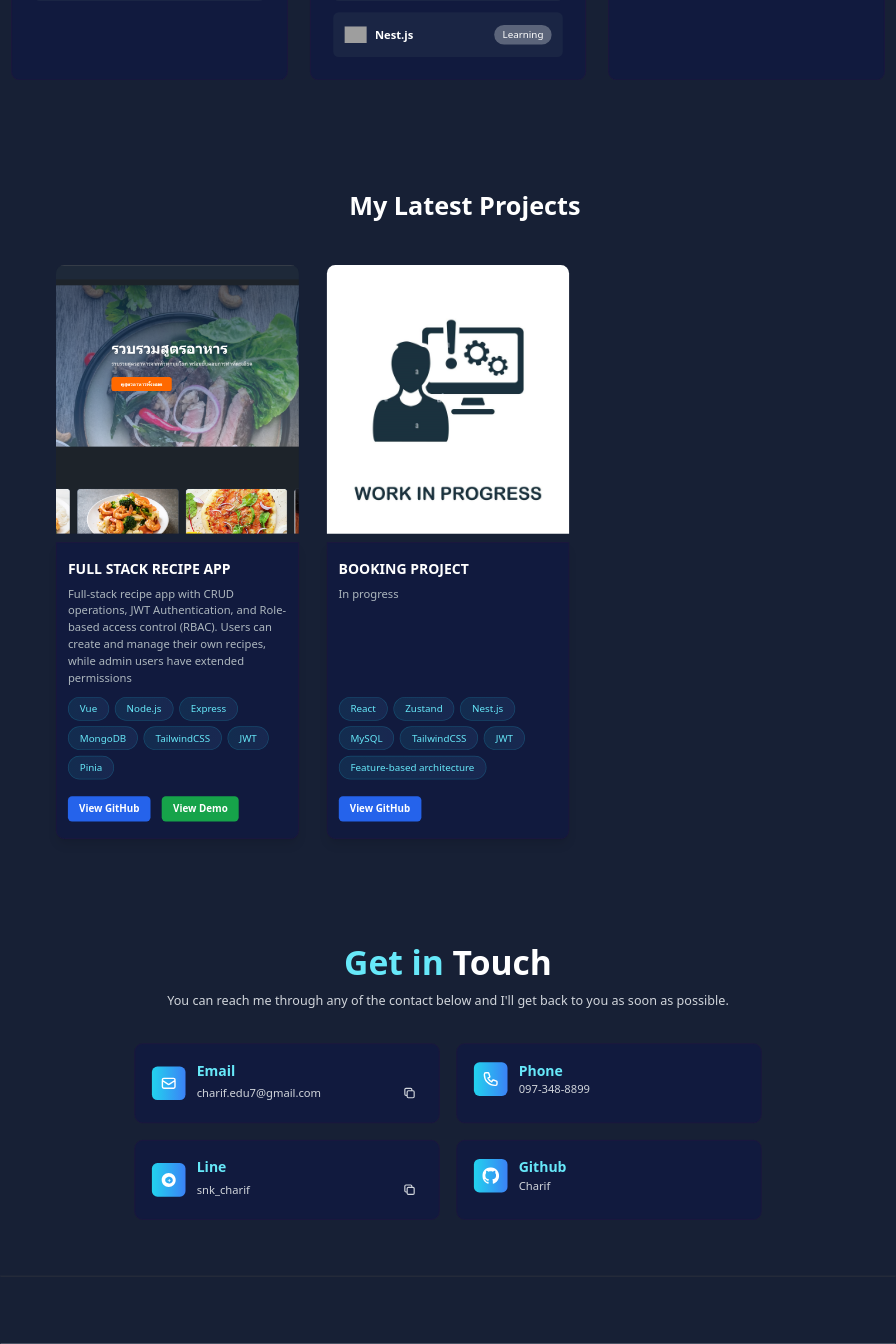
Repository: Charifx7/MyPortfolio
Page: /
The author's editor kept a copy of each file at every save. The page is drawn from the files as they stood at one save, then again after a run of saves.
The browser window is 1280 px wide. The pictures show the part of the page from y = 1592 to 3512 px (the page is 3512 px tall), at 70% of full size.
Pictures or frames that could not be fetched are drawn as grey boxes. The project was rebuilt for these pictures with package versions that can differ from the ones it lists, and the page was loaded fresh each time. Also part of the build but not shown: vite.config.js.

Above is the page before, as saved 2026-02-14 10:53:02.

### src/App.vue
<template>
  <div class="bg-[#172035] min-h-screen w-full">
    <!-- Wrap components in Suspense to handle loading -->
     <Suspense>
      <template #default>
        <!-- Wrap all Components inside a single root element -->
         <div class="bg-[#172035]">
            <NavBar />
            <HeroSection />
            <AboutSection />
            <ExperienceAndSkills />
            <LatestProjSection />
            <ContactSection />
            <Footer/>
            <BackToTop />
      </div>
    </template>
    <template #fallback>
      <div class="flex justify-center items-center min-h-screen bg-[#172035]">
          <loadingSpinner />
      </div>
    </template>
  </Suspense>
  </div>
</template>

<script setup>
 import { defineAsyncComponent } from 'vue';
//Import Components Asynchronously
const NavBar = defineAsyncComponent(()=>import('@/components/NavBar.vue'));
const HeroSection = defineAsyncComponent(()=>import('@/components/HeroSection.vue'));
const ServicesSection = defineAsyncComponent(()=>import('@/components/ServicesSection.vue'));
const AboutSection = defineAsyncComponent(()=>import('@/components/AboutSection.vue'));
const TestimonialsSection = defineAsyncComponent(()=>import('@/components/TestimonialsSection.vue'));
const LatestProjSection = defineAsyncComponent(()=>import('@/components/LatestProjSection.vue'));
const ExperienceAndSkills = defineAsyncComponent(()=>import('@/components/ExperienceAndSkills.vue'));
const ContactSection = defineAsyncComponent(()=>import('@/components/ContactSection.vue'));
const Footer = defineAsyncComponent(()=>import('@/components/Footer.vue'));
const BackToTop = defineAsyncComponent(()=>import('@/components/BackToTop.vue'));
import loadingSpinner from './components/loadingSpinner.vue';
</script>
<style>

*{
  scrollbar-width: thin;
  scrollbar-color: #111827 #f1f1f1;
}

/* Add these styles to ensure background color consistency */
html, body {
  background-color: #172035;
  min-height: 100%;
}
</style>

### src/components/loadingSpinner.vue
<template>
    <div class="flex justify-center items-center h-full">
        <svg class="animate-spin h-16 w-16 text-white" xmlns="http://www.w3.org/2000/svg" viewBox="0 0 24 24">
            <defs>
                <linearGradient id="gradient1" x1="0%" y1="0%" x2="100%" y2="100%">
                    <stop offset="0%" stop-color="#00aeff" />
                    <stop offset="100%" stop-color="#dbebfa" />
                </linearGradient>
            </defs>
            <circle class="opacity-25" cx="12" cy="12" r="10" stroke="url(#gradient1)" stroke-width="4" fill="none">
            </circle>
            <path fill="#00aeff" d="M4 12a8 8 0 018-8V0C5.373 0 0 5.373 0 12h4z"></path>
        </svg>
    </div>
</template>

### src/components/NavBar.vue
<template>
    <header class="flex justify-between items-center p-6 bg-opacity-50 relative z-20 ">
        <div class="text-white text-xl font-bold"></div>
        <!-- Mobile Toggle Button -->
        <div class="md:hidden z-30">
            <button type="button" class="block focus:outline-none" @click="isMenuOpen = !isMenuOpen">
                <span v-if="isMenuOpen" class="text-5xl">
                    <img src="https://img.icons8.com/ios-filled/100/ffffff/delete-sign.png" alt="close" width="50"
                        height="50">
                </span>
                <span v-else class="text-5xl">
                    <img src="https://img.icons8.com/ios-filled/100/ffffff/menu--v6.png" alt="menu" width="50"
                        height="50">
                </span>
            </button>
        </div>
        <!-- Navbar Link -->
        <nav :class="['fixed inset-0 z-20 flex flex-col items-center justify-center bg-[#111827] md:relative md:bg-transparent md:flex md:justify-between md:flex-row',
            isMenuOpen ? 'block' : 'hidden'
        ]">
            <ul class="flex flex-col items-center space-y-5 md:flex-row md:space-x-5 md:space-y-0">
                <li v-for="item in Menu" :key="item.name">
                    <a :href="item.href"
                        class="block text-white transition hover:text-cyan-300 ease-linear text-2xl md:text-lg"
                        @click="scrollToSection(item.href)">
                        {{ item.name }}
                    </a>
                </li>
            </ul>
        </nav>
    </header>
</template>
<script setup>
import { ref } from 'vue';
const Menu = ref([
    { name: 'About Me', href: '#about' },
    { name: 'Skills', href: '#skills' },
    { name: 'Projects', href: '#projects' },
    { name: 'Contact', href: '#contact' },
]);

const isMenuOpen = ref(false)
const scrollToSection = (href) => {
    isMenuOpen.value = false;
    const section = document.querySelector(href);
    if (section) {
        section.scrollIntoView({ behavior: 'smooth' });
    }

}

</script>

### src/components/HeroSection.vue
<template>
    <section class="relative w-full" data-aos="zoom-in-up">
        <div class="w-full px-5 sm:px-8 md:px-12 lg:px-8 max-w-screen-lg lg:max-w-screen-xl mx-auto relative">
            <div class="grid lg:grid-cols-2 gap-10 xl:gap-14 relative pt-24 lg:max-w-none max-w-2xl md:max-w-3xl mx-auto">
                <div class="lg:py-6">
                    <div class="text-center lg:text-left">
                        <h1 class="pt-4 text-white font-bold text-4xl md:text-5xl lg:text-6xl">
                            Hi, I'm <span
                                class="text-transparent bg-gradient-to-r sm:bg-gradient-to-b md:bg-gradient-to-l lg:bg-gradient-to-r bg-clip-text from-cyan-400 to-blue-600">
                                Charif
                            </span>
                        </h1>
                    </div>
                    <p
                        class="text-gray-300 pt-8 text-center lg:text-left mx-auto max-w-xl text-4xl text-transparent bg-gradient-to-r sm:bg-gradient-to-b md:bg-gradient-to-l lg:bg-gradient-to-r from-cyan-400 to-blue-600 bg-clip-text">
                        Web Developer
                    </p>
                    <div class="flex items-center gap-3 pt-9 flex-col sm:flex-row sm:w-max sm:mx-auto lg:mx-0">
                        <a href="https://drive.google.com/file/d/1FlvfmhR0NsK0Ti8Xo9rk8j5-feIFt_Xn/view?usp=sharing" target="_blank" class="w-full sm:w-max">
                            <button class="border ry px-6 md:px-7 py-3 rounded-full relative group w-full flex justify-center
            bg-gradient-to-r from-cyan-600 to-blue-600 transition-transform duration-500 hover:scale-105"
                                style="background-color: #4DD0E1; border-color: #004d73;">
                                <span class="text-lg font-bold text-white">Resume</span>
                            </button>
                        </a>
                    </div>
                </div>
                <div class="flex items-center justify-center lg:h-full md:h-auto">
                    <div
                        class="relative flex items-center justify-center w-72 h-72 sm:w-96 sm:h-96 rounded-full shadow-lg border">
                        <img src="@/assets/top_picture.jpg" alt="Hero pic" width="500" height="auto" loading="lazy"
                            class="w-full h-full rounded-full object-cover fade-in-zoom" />
                        <div
                            class="absolute inset-0 bg-gradient-to-tr opacity-25 from-[#007fdb] to-[#832561] blur-2xl z-[-1]">
                        </div>
                    </div>
                </div>
            </div>
        </div>
    </section>
</template>
<script setup>
import { ref } from 'vue';
const Menu = ref([
    { name: 'About Me', href: '#about' },
    { name: 'Skills', href: '#skills' },
    { name: 'Projects', href: '#projects' },
    { name: 'Contact', href: '#contact' },
]);

import AOS from 'aos';
import 'aos/dist/aos.css';
AOS.init();
</script>

<style>
@keyframes fadeInZoom {
    0% {
        opacity: 0;
        transform: scale(0.9);
    }

    100% {
        opacity: 1;
        transform: scale(1);
    }
}

.fade-in-zoom {
    animation: fadeInZoom 1s ease-out forwards;
}
</style>

### src/components/AboutSection.vue
<template>
    <section class="text-white mt-18 w-full" id="about">
        <div class="absolute z-0 top-[93rem] inset-x-0 h-64 flex items-start">
            <div class="h-24 w-64 bg-gradient-to-br opacity-20"></div>
        </div>
        <div class="grid grid-cols-1 md:grid-cols-2 gap-16 items-start py-8 px-4 xl:gap-16 sm:py-16 xl:px-16 z-1">
            <!-- Education Section -->
            <div data-aos="flip-right" class="space-y-8">
                <h2 class="text-4xl font-bold text-white text-left mb-4">
                    <span class="text-cyan-300">Education</span>
                </h2>
                <div class="space-y-8">
                    <div v-for="element in education" :key="element.id"
                        class="flex items-center rounded-xl shadow-lg border border-[#1f1641] py-3 bg-gradient-to-r from-[#111a3e] to-[#111a3e]">
                        <div class="w-full pl-4">
                            <h3 class="text-cyan-300 text-left text-2xl">
                                {{ element.School }}
                            </h3>
                            <p class="text-white">{{ element.program }}</p>
                            <p class="text-white">{{ element.year }}</p>
                        </div>
                    </div>
                    <h2 class="text-4xl font-bold text-white text-left mb-4">
                        <span class="text-cyan-300">Work Experience</span>
                    </h2>
                    <div class="space-y-8">
                        <div v-for="element in workExperience" :key="element.id"
                            class="flex items-center rounded-xl shadow-lg border border-[#1f1641] py-3 bg-gradient-to-r from-[#111a3e] to-[#111a3e]">
                            <div class="w-full pl-4">
                                <h3 class="text-cyan-300 text-left text-2xl">
                                    {{ element.Company }}
                                </h3>
                                <p class="text-white">{{ element.role }}</p>
                                <p class="text-white">{{ element.duration }}</p>
                            </div>
                        </div>
                    </div>
                </div>
            </div>
            <!-- About Me Section -->
            <div class="space-y-8" data-aos="flip-right">
                <h2 class="text-4xl font-bold text-white text-left mb-4">
                    <span class="text-cyan-300">About</span> Me
                </h2>
                <p class="text-base lg:text-lg">
                    My name is Muhammadcharif Binlateh, and I am graduate in Computer Science
                    with a passion for creating responsive, user-friendly websites. I am always eager to learn new
                    technologies to improve my skills. In addition, I am ready to
                    provide technical assistance within the organization, and I look forward to growing in the field of
                    web development.
                </p>
            </div>
        </div>
    </section>
</template>

<script setup>
import { ref } from 'vue';
const education = ref([
    {
        id: 1,
        School: 'Prince of Songkla University',
        program: 'Bachelor of Science (Computer Science)',
        year: '2019-2023'
    },
])
const workExperience = ref([
    {
        id: 1,
        Company: 'BRK Inter Transport Company Limited',
        role: 'IT Programmer',
        duration: 'Oct 2025 - Current'
    },
])
</script>

### src/components/LatestProjSection.vue
<template>
    <section class="text-white mt-20" id="projects">
        <div class="px-4 xl:pl-16">
            <div class="mb-4 flex justify-center">
                <h2 class="text-4xl font-bold text-white" data-aos="fade-up">My Latest Projects</h2>
            </div>
            <ul class="px-4 sm:py-16 xl:pr-16 grid grid-cols-1 gap-6 pt-10 sm:grid-cols-2 md:gap-10 md:pt-12 lg:grid-cols-3"
                data-aos="fade-right">
                <div v-for="project in Projects" :key="project.id"
                    class="flex flex-col h-full transition-transform duration-500 hover:scale-105">
                    <div class="h-52 md:h-[24rem] rounded-t-xl relative flex items-center justify-center"
                        :style="{
                            backgroundImage: 'url(' + project.image + ')',
                            backgroundSize: 'cover',
                            backgroundPosition: 'center',
                            backgroundRepeat: 'no-repeat'
                        }">
                    </div>
                    <div class="flex flex-col flex-grow text-white rounded-b-xl mt-3 bg-[#111a3e] shadow-lg border border-[#1f1641] py-6 px-4">
                        <h3 class="text-lg font-semibold uppercase lg:text-xl">{{ project.title }}</h3>
                        <p class="text-[#ADB7BE] flex-grow min-h-[60px] mt-2">{{ project.description }}</p>
                        <div class="flex flex-wrap gap-2 mt-4 mb-6">
                            <div v-for="technology in project.technologies" :key="technology"
                                class="text-center rounded-full px-4 py-1.5 text-sm font-medium
                                       bg-gradient-to-r from-cyan-400/10 to-blue-400/10
                                       border border-cyan-400/20
                                       text-cyan-300 "
                            >
                                {{ technology }}
                            </div>
                        </div>
                        <!-- Buttons for GitHub and Demo -->
                        <div class="flex mt-auto space-x-4">
                            <a :href="project.gitURL" target="_blank"
                                class="px-4 py-2 text-sm font-semibold text-white bg-blue-600 rounded-md hover:bg-blue-700">
                                View GitHub
                            </a>
                            <a v-if="project.webURL" :href="project.webURL" target="_blank"
                                class="px-4 py-2 text-sm font-semibold text-white bg-green-600 rounded-md hover:bg-green-700">
                                View Demo
                            </a>
                        </div>
                    </div>
                </div>
            </ul>
        </div>
    </section>
</template>
<script setup>
import { ref, computed } from 'vue';

const Projects = ref([
    {
        id: 1,
        image: '/assets/project3.png',
        title: 'Full stack Recipe app',
        description: 'Full-stack recipe app with CRUD operations, JWT Authentication, and Role-based access control (RBAC). Users can create and manage their own recipes, while admin users have extended permissions',
        technologies: ['Vue','Node.js','Express', 'MongoDB','TailwindCSS', 'JWT','Pinia'],
        gitURL: 'https://github.com/Charifx7/fullstack_MEVN_recipe_app',
        webURL: 'https://fullstack-mevn-recipe-app-charif.vercel.app/'
    },

    {
        id: 4,
        image: '/assets/project0.jpg',
        title: 'Booking Project',
        description: 'In progress',
        technologies: ['React', 'Zustand', 'Nest.js','MySQL','TailwindCSS','JWT','Feature-based architecture'],
        gitURL: 'https://github.com/Charifx7',
        webURL: ''
    },
    // {
    //     id: 0,
    //     image: '/assets/project0.jpg',
    //     title: 'TEMP',
    //     description: 'TEMP',
    //     technologies: ['TEMP'],
    //     gitURL: 'https://github.com/Charifx7',
    //     webURL: ''
    // },

]);



</script>

### src/components/Footer.vue
<template>
    <footer class="mt-8 border z-10 border-t-[#33353F] border-l-transparent border-r-transparent text-white">
        <div class="container p-12 flex justify-between">
            <!-- <div class="text-white text-3xl font-bold">Charif</div>-->
            <p class="text-slate-600"></p>
        </div>
    </footer>
</template>

### src/components/BackToTop.vue
<template>
    <button v-if="isVisible" @click="scrollToTop" class="fixed bottom-4 right-4 bg-gradient-to-r from-[#007fdb] to-[#004d73] text-white
    rounded-full w-12 h-12 flex items-center justify-center text-xl cursor-pointer transition-opacity duration-300 hover:bg-blue-600
    ">
        ↥
    </button>
</template>
<script setup>
import { ref, onMounted, onUnmounted } from 'vue';
const isVisible = ref(false);
const handleScroll = () => {
    isVisible.value = window.scrollY > 300;
}
const scrollToTop = () => {
    window.scrollTo({ top: 0, behavior: 'smooth' })
}
onMounted(() => {
    window.addEventListener('scroll', handleScroll)
});

onUnmounted(() => {
    window.removeEventListener('scroll', handleScroll);
})
</script>

Loaded but not shown: index.html (common file); src/main.js (common file); src/style.css (common file); tailwind.config.js (13 lines, source omitted); src/components/ExperienceAndSkills.vue (208 lines, source omitted); src/components/ContactSection.vue (175 lines, source omitted)

After the next 3 saves:
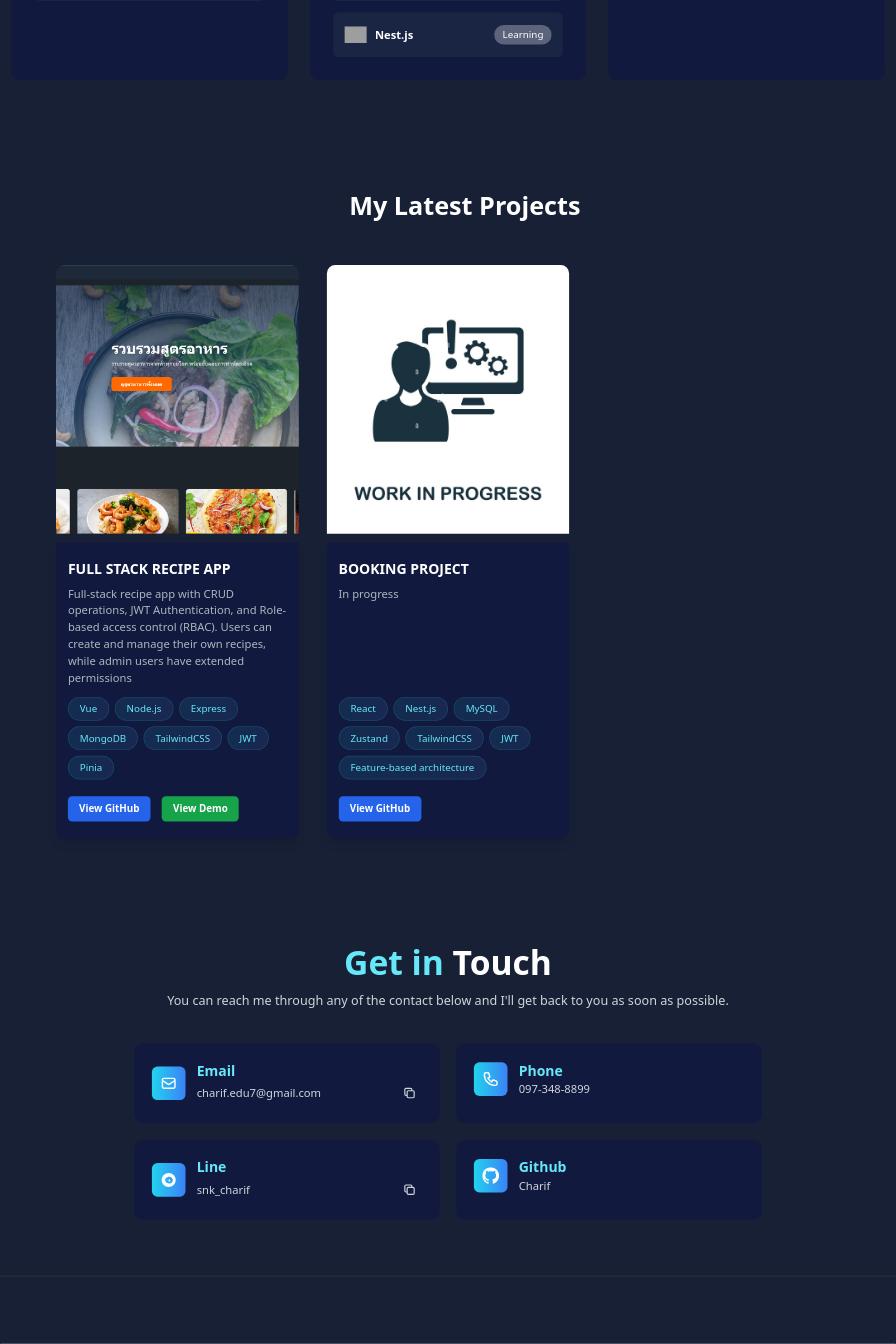
The 3 saves are shown as one change because they came seconds apart.
The last was saved 8 s later.
--- a/src/components/LatestProjSection.vue
+++ b/src/components/LatestProjSection.vue
@@ -65,7 +65,7 @@ const Projects = ref([
         image: '/assets/project0.jpg',
         title: 'Booking Project',
         description: 'In progress',
-        technologies: ['React', 'Zustand', 'Nest.js','MySQL','TailwindCSS','JWT','Feature-based architecture'],
+        technologies: ['React','Nest.js','MySQL','Zustand','TailwindCSS','JWT','Feature-based architecture'],
         gitURL: 'https://github.com/Charifx7',
         webURL: ''
     },
